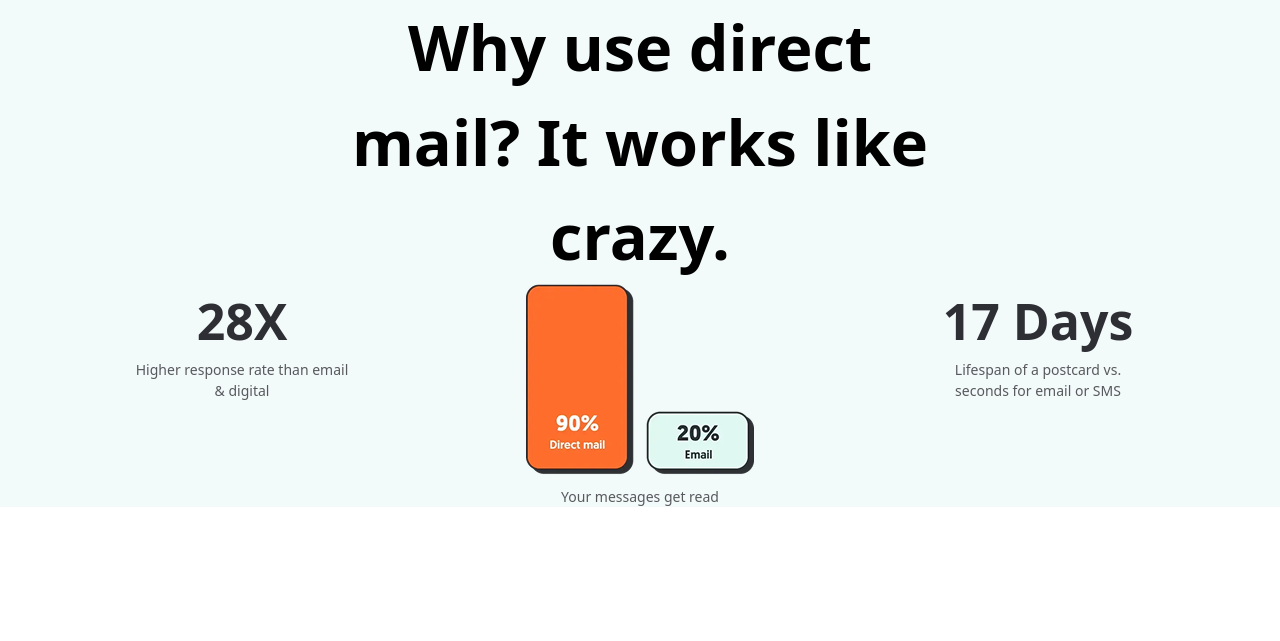
Repository: trusha97/postpilot
Page: mailsende.html
The author's editor kept a copy of each file at every save. The page is drawn from the files as they stood at one save, then again after the next save.
The browser window is 1280 px wide. The pictures show the whole page.
Some web libraries are served in a nearby version.

Above is the page before, as saved 2025-05-21 15:06:33.

After the next save:
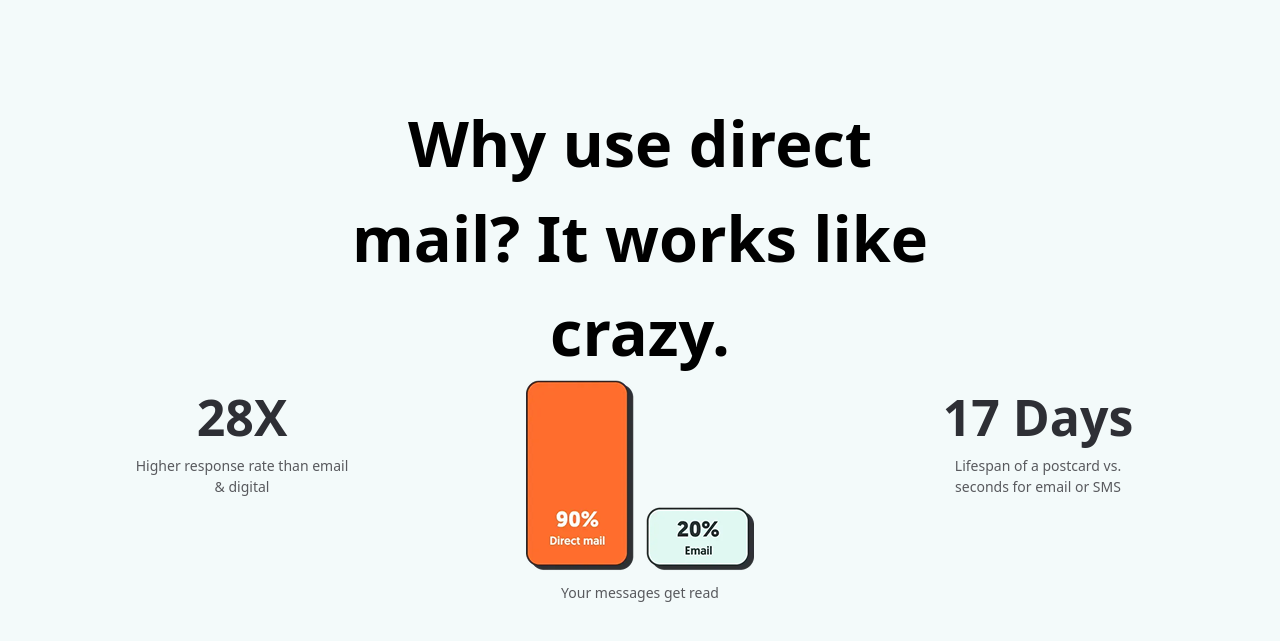
Saved 17 s later.
--- a/mailsende.html
+++ b/mailsende.html
@@ -10,7 +10,7 @@
 </head>
 
 <body>
-    <div class="bg-[#F3FAFA] px-[96px]">
+    <div class="bg-[#F3FAFA] py-[96px]">
         <div>
             <p class="text-[63px] max-w-[615px] text-center mx-auto font-bold">Why use direct mail?
                 It <span>works</span> like crazy.</p>
